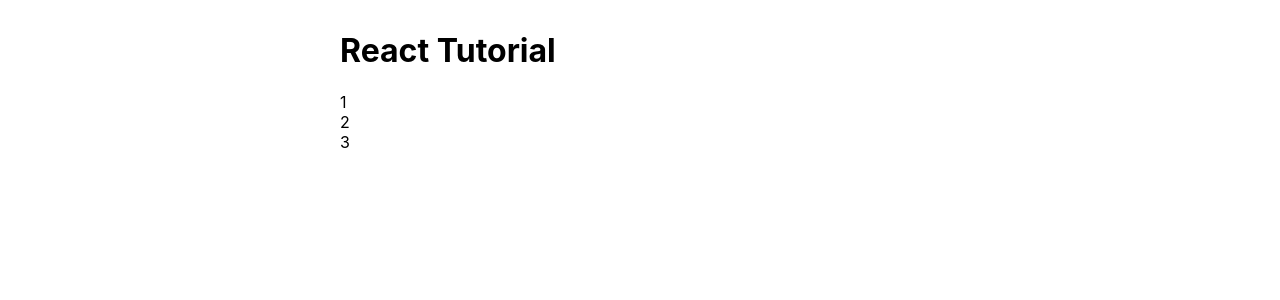
Repository: GregorPiev/rorganizer
Page: /
The author's editor kept a copy of each file at every save. The page is drawn from the files as they stood at one save, then again after the next save.
The browser window is 1280 px wide. The pictures show the whole page.
The project was rebuilt for these pictures with package versions that can differ from the ones it lists, and the page was loaded fresh each time.

Above is the page before, as saved 2020-08-17 12:34:23.

### src/index.css
body {
	margin: 0;
	font-family: -apple-system, BlinkMacSystemFont, 'Segoe UI', 'Roboto', 'Oxygen',
		'Ubuntu', 'Cantarell', 'Fira Sans', 'Droid Sans', 'Helvetica Neue',
		sans-serif;
	-webkit-font-smoothing: antialiased;
	-moz-osx-font-smoothing: grayscale;
}

code {
	font-family: source-code-pro, Menlo, Monaco, Consolas, 'Courier New',
		monospace;
}
.wrapper {
	padding-top: 5px;
	margin: 5px auto;
	width: 600px;
}

### src/App.js
import React from 'react';
import TodoList from './Todo/TodoList/TodoList';

function App() {
  return (
    <div className="wrapper">
      <h1>React Tutorial</h1>
      <TodoList />
    </div>
  );
}

export default App;

### src/Todo/TodoList/TodoList.js
import React from 'react';
import './TodoList.css';

export default function TodoList() {
    return (
        <ul className="ul_base">
            <li>1</li>
            <li>2</li>
            <li>3</li>
        </ul>
    )

}

### src/Todo/TodoList/TodoList.css
.ul_base {
    list-style: none;
    margin: 0;
    padding: 0;
}

### src/Todo/TodoItem/TodoItem.js
import React from 'react';

export default function TodoItem() {

    return (
        <l>To do</l>
    )
}

Loaded but not shown: public/index.html (common file); src/index.js (common file); src/serviceWorker.js (common file)

After the next save:
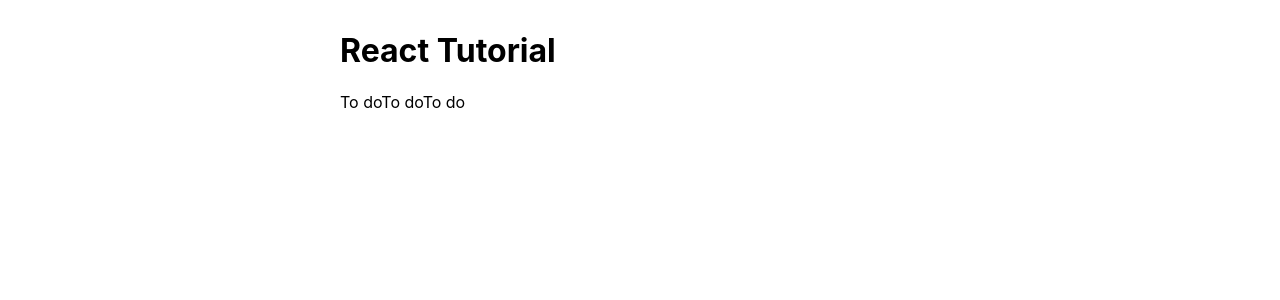
Saved 94 s later.
--- a/src/Todo/TodoList/TodoList.js
+++ b/src/Todo/TodoList/TodoList.js
@@ -1,12 +1,14 @@
 import React from 'react';
 import './TodoList.css';
+import TodoItem from '../TodoItem/TodoItem';
 
 export default function TodoList() {
     return (
         <ul className="ul_base">
-            <li>1</li>
-            <li>2</li>
-            <li>3</li>
+            <TodoItem />
+            <TodoItem />
+            <TodoItem />
+
         </ul>
     )
 
